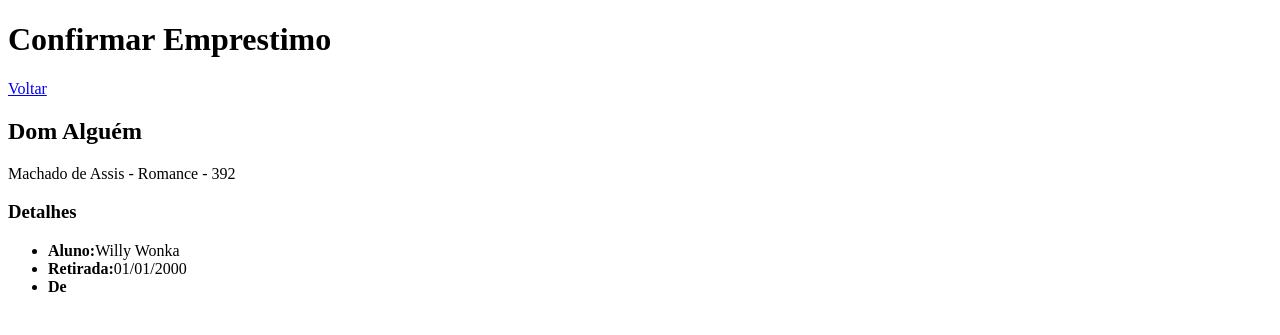
Repository: melloeduarda/html
Page: confirmar.html
These files come from the project's save history. The page is drawn as it stood at one moment and after a run of saves; the edit follows.
The browser window is 1280 px wide. The pictures show the whole page.

Above is the page before, as saved 2026-10-28 16:21:03.

After the next 2 saves:
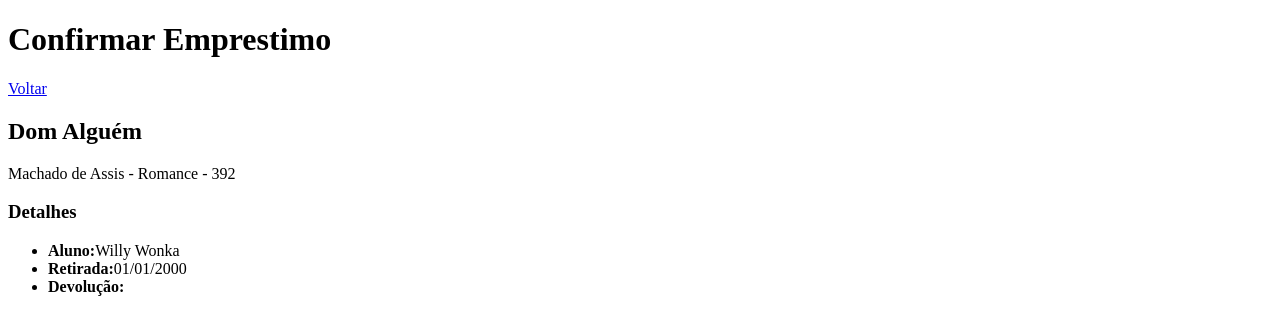
The 2 saves are shown as one change because they came seconds apart.
The last was saved 5 s later.
--- a/confirmar.html
+++ b/confirmar.html
@@ -18,7 +18,7 @@
         <ul>
             <li><strong>Aluno:</strong>Willy Wonka</li>
             <li><strong>Retirada:</strong>01/01/2000</li>
-            <li><strong>De</strong></li>
+            <li><strong>Devolução:</strong></li>
         </ul>
 </body>
 </html>
